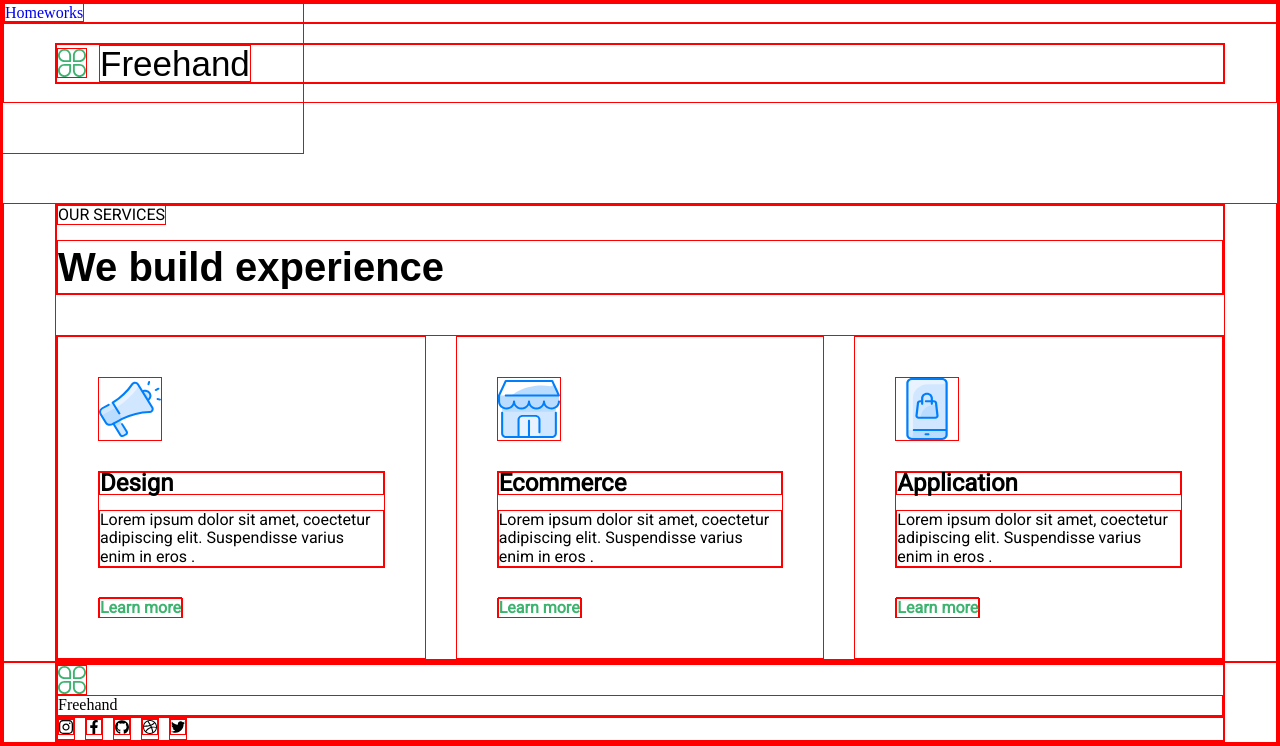
Repository: Tsiniavska/beetroot-test-project
Page: Homeworks/svg/index.html
These files come from the project's save history. The page is drawn as it stood at one moment and after the next save; the edit follows.
The browser window is 1280 px wide. The pictures show the whole page.
Some web fonts or font styles are not loaded; a fallback is used.

Above is the page before, as saved 2024-02-28 22:43:22.

After the next save:
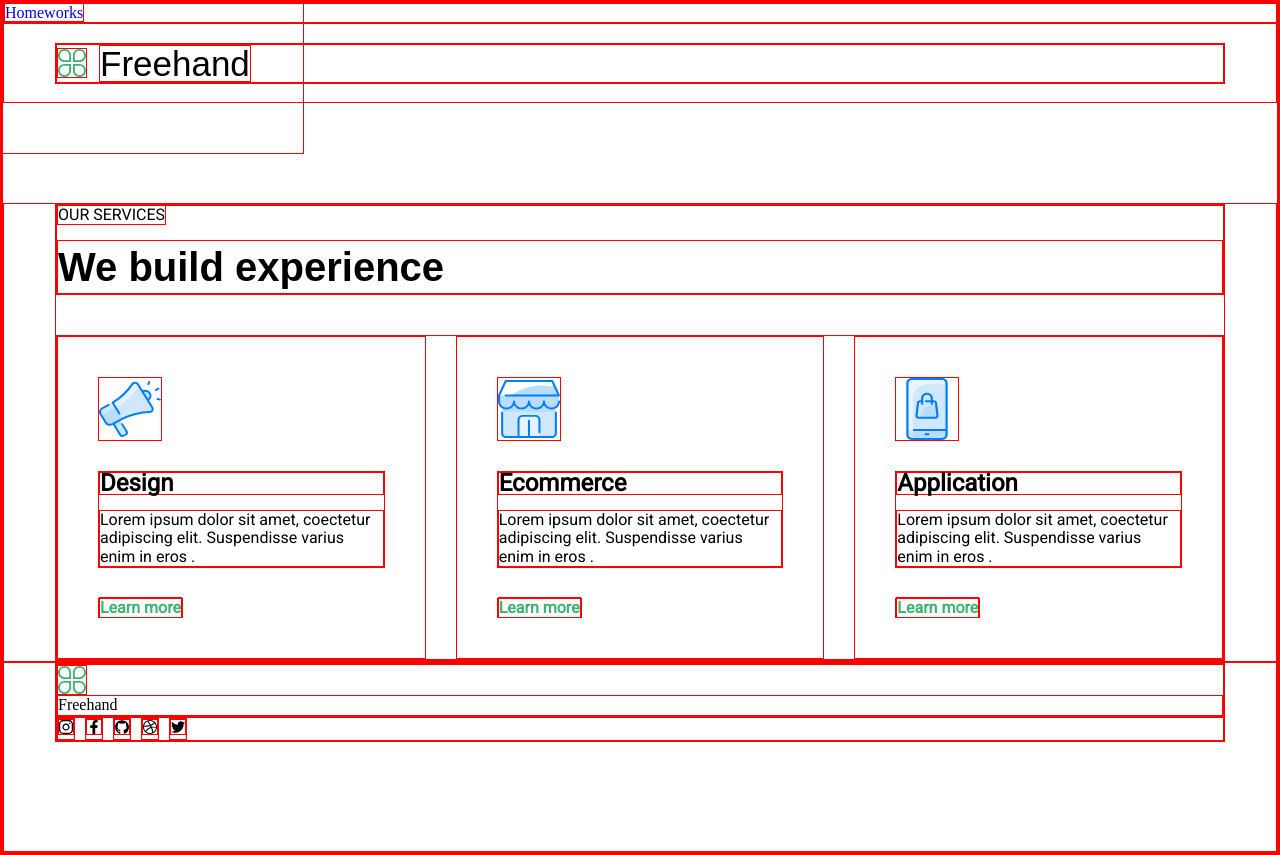
Saved 12 s later.
--- a/Homeworks/svg/index.css
+++ b/Homeworks/svg/index.css
@@ -82,7 +82,8 @@
 
 /* Footer */
 .footer {
-  min-height: ;
+  min-height: var(--h-footer);
+  background-color: ;
 }
 
 .footer-content {
